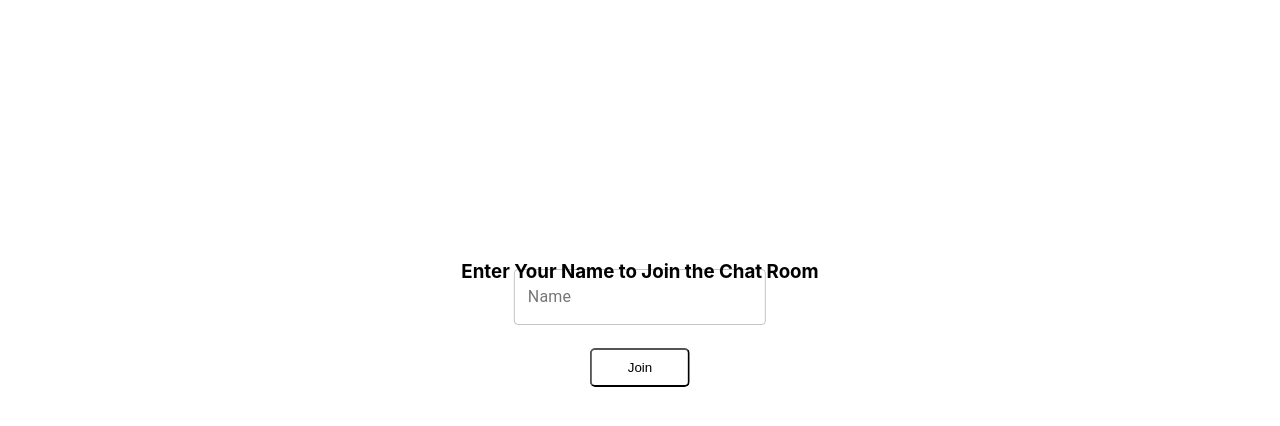
Repository: BarclayRkts/ChatApp
Page: / (app in client/)
The author's editor kept a copy of each file at every save. The page is drawn from the files as they stood at one save, then again after the next save.
The browser window is 1280 px wide. The pictures show the whole page.
The project was rebuilt for these pictures with package versions that can differ from the ones it lists, and the page was loaded fresh each time. Also part of the build but not shown: client/src/App.css.

Above is the page before, as saved 2021-05-02 15:07:17.

### client/src/App.js
import React from 'react';
import './App.css';
import LandingPage from './components/LandingPage';

function App() {
  return (
    <div className='container'>
      <LandingPage/>
    </div>

  );
}

export default App;

### client/src/components/LandingPage.js
import React, { useState } from 'react';
import { makeStyles } from '@material-ui/core/styles';
import { TextField } from '@material-ui/core';
import "./LandingPage.css";

const useStyles = makeStyles((theme) => ({
    textField: {
        margin: theme.spacing(1),
        width: '25ch',
        color: 'white',
        backgroundColor: 'blake'
    },

}));

export default function LandingPage() {

    const [ name, setName ] = useState("");
    const classes = useStyles();

    const onNameChange = () => {

    }

    return (
        <>
        <h3>Enter Your Name to Join the Chat Room</h3>
        <form className="textFieldBox">
            <TextField
                className={classes.textField}
                name="name"
                value={name}
                label="Name"
                onChange={(e) => onNameChange(e)}
                variant="outlined"

            />
            <button className="btn">Join</button>
        </form>
        </>
    )
}

### client/src/components/LandingPage.css
/* *{
    background-color: rgb(105, 56, 161);
    color: rgb(255, 255, 255);
} */

.textFieldBox{
    position: fixed;
    left: 50%;
    top: 45%;
    transform: translate(-50%, -50%);

}

h3{
    position: fixed;
    left: 50%;
    top: 35%;
    transform: translate(-50%, -50%);
}

.btn{
    padding: 10px;
    margin: 0 auto;
    margin-top: 15px;
    background: transparent;
    border-radius: 5px;
    width: 100px;
    display: block;
    outline: 2px solid white;
}

Loaded but not shown: client/public/index.html (common file); client/src/index.js (common file); client/src/index.css (common file); client/src/reportWebVitals.js (common file)

After the next save:
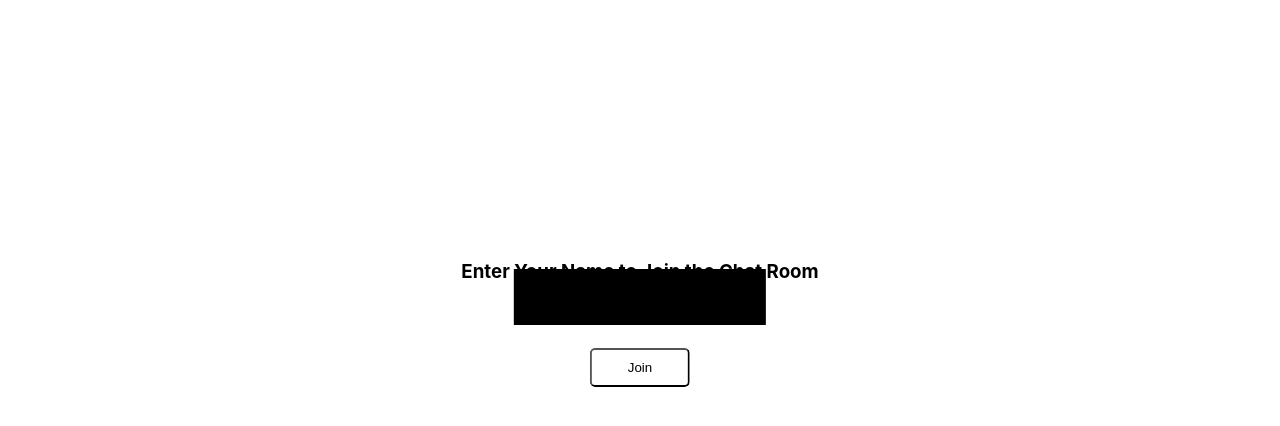
Saved 14 s later.
--- a/client/src/components/LandingPage.js
+++ b/client/src/components/LandingPage.js
@@ -8,7 +8,7 @@
         margin: theme.spacing(1),
         width: '25ch',
         color: 'white',
-        backgroundColor: 'blake'
+        backgroundColor: 'black'
     },
 
 }));

After the save that followed:
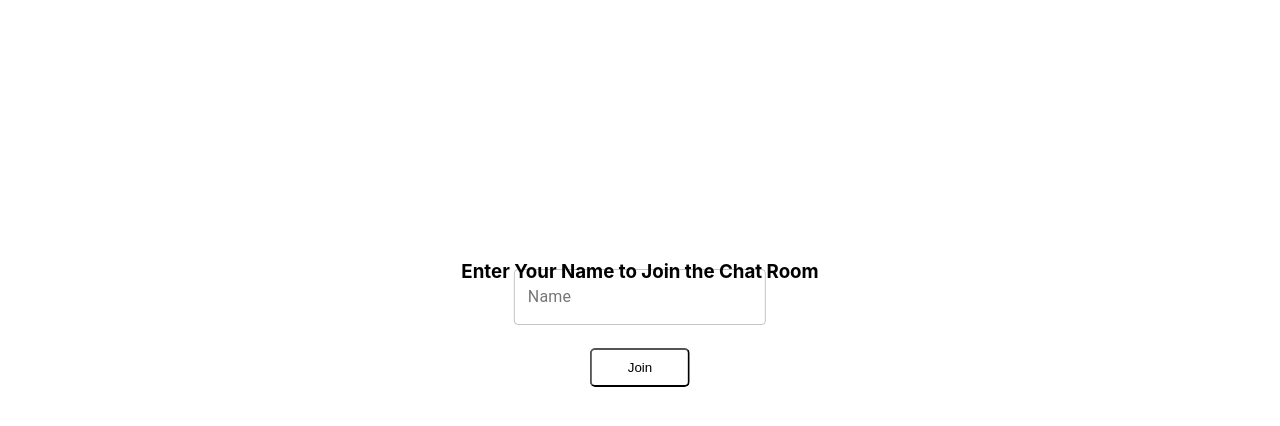
Saved 9 s later.
--- a/client/src/components/LandingPage.js
+++ b/client/src/components/LandingPage.js
@@ -8,7 +8,7 @@
         margin: theme.spacing(1),
         width: '25ch',
         color: 'white',
-        backgroundColor: 'black'
+        // backgroundColor: 'black'
     },
 
 }));
